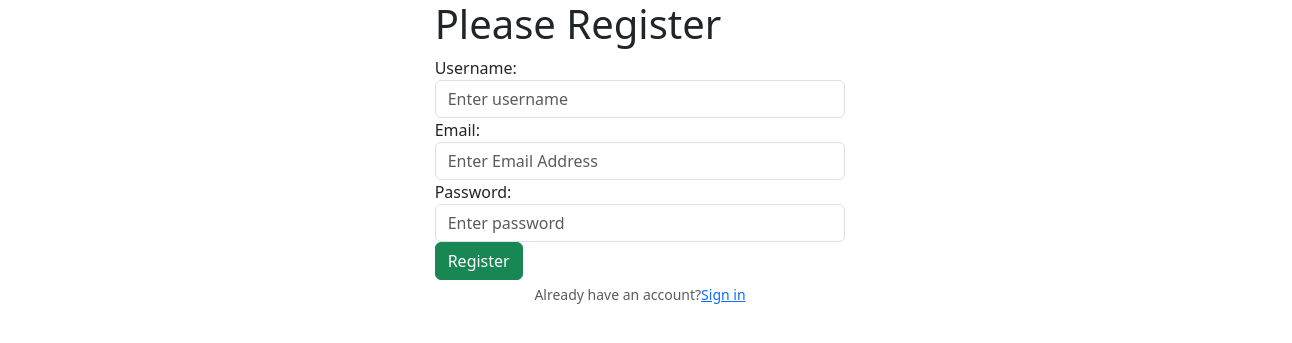
Repository: oksana117/news-app
Page: /register (app in client/)
The author's editor kept a copy of each file at every save. The page is drawn from the files as they stood at one save, then again after the next save.
The browser window is 1280 px wide. The page is 1292 px wide, then 1280 px, then 1292 px, so the pictures cover 1292 px, including what lies to the right of the window. The pictures show the whole page.
The project was rebuilt for these pictures with package versions that can differ from the ones it lists, and the page was loaded fresh each time. Also part of the build but not shown: client/vite.config.js, client/src/Login.jsx.

Above is the page before, as saved 2024-09-26 17:03:35.

After the next save:
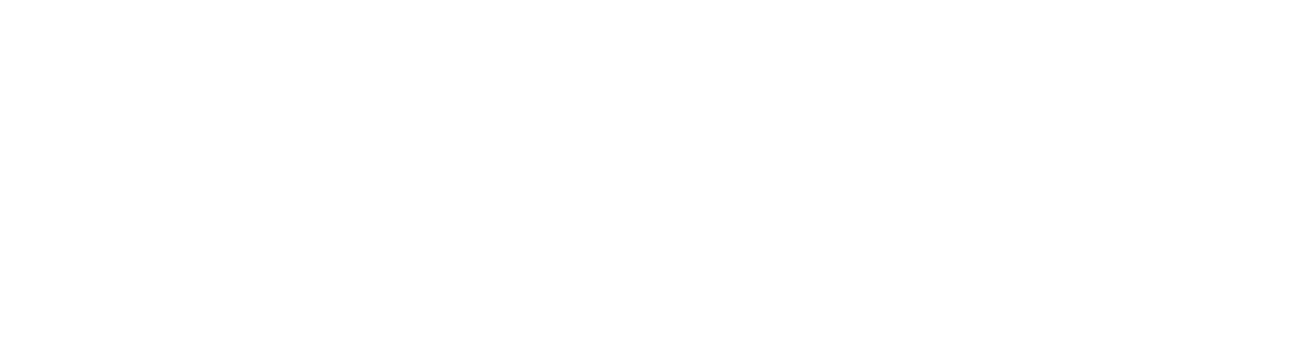
Console error: ReferenceError: FontAwesomeIcon is not defined
Saved 22 s later.
--- a/client/src/Register.jsx
+++ b/client/src/Register.jsx
@@ -46,7 +46,7 @@
                     name="password" placeholder="Enter password"
                     id="password"  onChange={(e) => SetPassword(e.target.value)} required/>
                 </fieldset>
-
+<FontAwesomeIcon icon="fa-regular fa-newspaper" />
                 <fieldset className="form-group text-right">
                     <button type="submit" className="btn btn-success"> Register  </button>
 

After the save that followed:
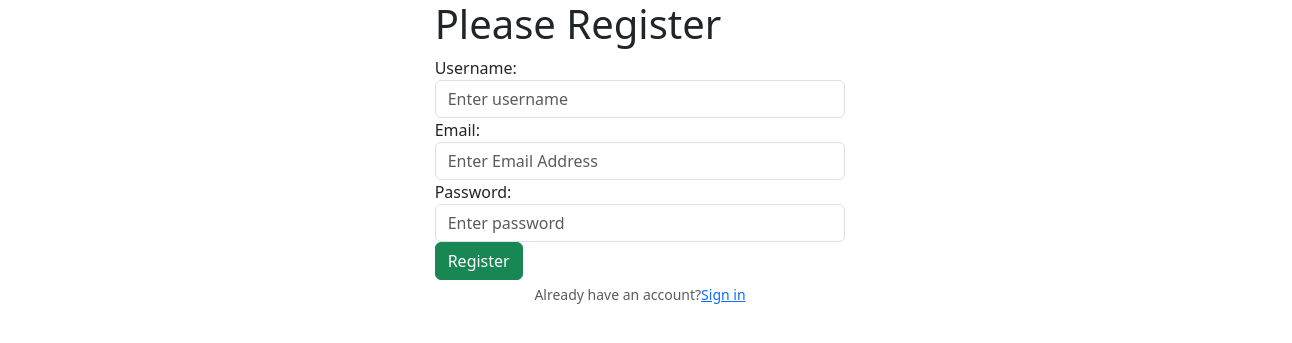
The error is gone.
Saved 8 s later.
--- a/client/src/Register.jsx
+++ b/client/src/Register.jsx
@@ -46,7 +46,7 @@
                     name="password" placeholder="Enter password"
                     id="password"  onChange={(e) => SetPassword(e.target.value)} required/>
                 </fieldset>
-<FontAwesomeIcon icon="fa-regular fa-newspaper" />
+
                 <fieldset className="form-group text-right">
                     <button type="submit" className="btn btn-success"> Register  </button>
 
